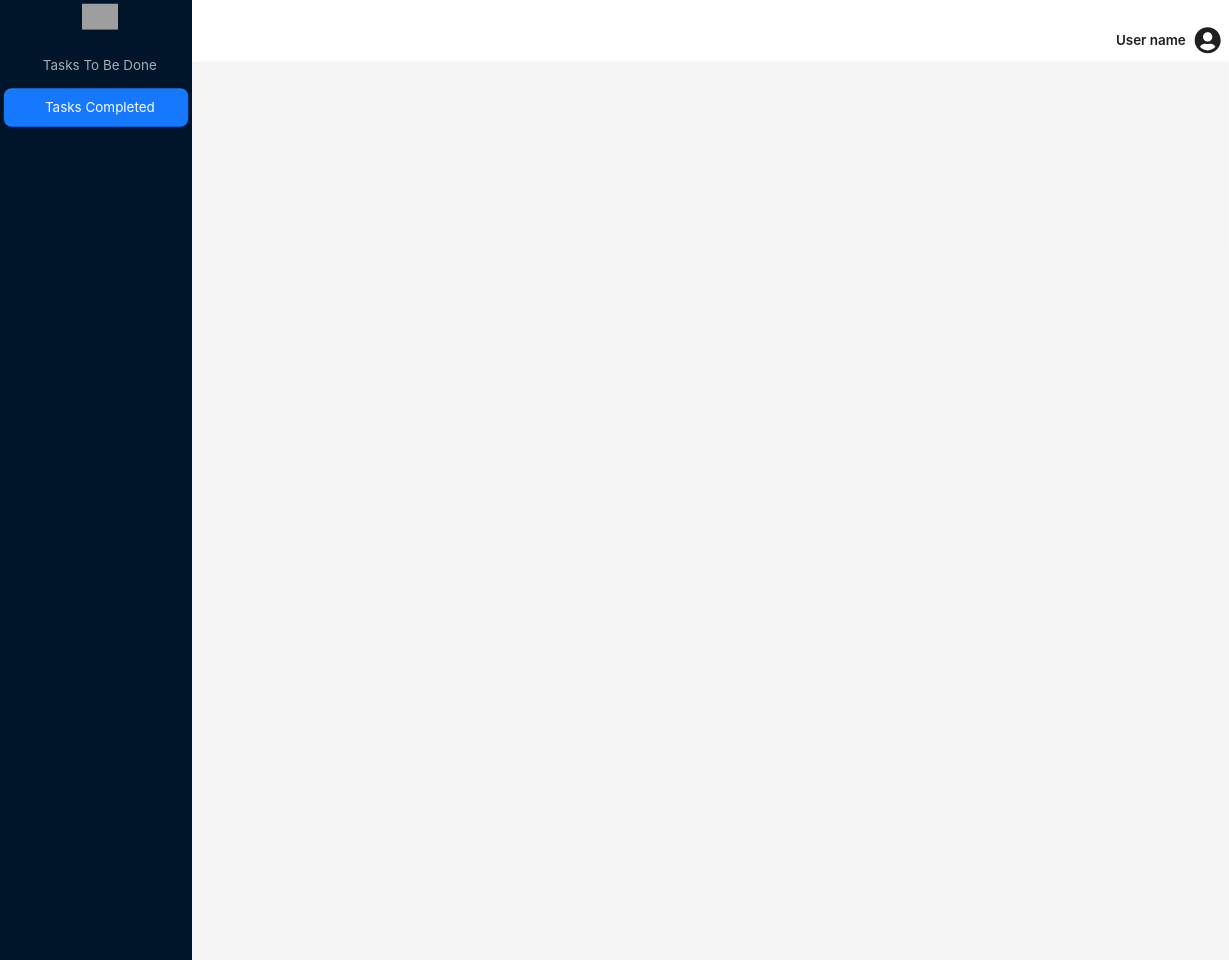
Repository: runner855/todolist_new
Page: /
The author's editor kept a copy of each file at every save. The page is drawn from the files as they stood at one save, then again after the next save.
The browser window is 1280 px wide. The pictures show the whole page, at 96% of full size.
Pictures or frames that could not be fetched are drawn as grey boxes. The project was rebuilt for these pictures with package versions that can differ from the ones it lists, and the page was loaded fresh each time.

Above is the page before, as saved 2023-03-19 17:43:01.

### src/index.tsx
import React from "react";
import ReactDOM from "react-dom/client";
import "./index.css";
import { App } from "./App";
import { BrowserRouter } from "react-router-dom";

const root = ReactDOM.createRoot(
  document.getElementById("root") as HTMLElement
);
root.render(
  <React.StrictMode>
    <BrowserRouter>
    <App />
    </BrowserRouter>
  </React.StrictMode>
);

### src/App.tsx
import React from 'react';
import './App.css';
import { NavBar } from './components/NavBar/NavBar';

export const App = () =>{
  return (
    <div className="App">
      <NavBar/>

    </div>
  );
}

### src/components/NavBar/NavBar.tsx
import React from 'react';

import { Layout, Menu, theme } from 'antd';
import { FaUserCircle } from 'react-icons/fa';
import { PagesArray } from '../../Utilities/Utility'
import "../NavBar/NavBar.css";

const { Header, Content, Footer, Sider } = Layout;

export const NavBar = () => {

  const {
    token: { colorBgContainer },
  } = theme.useToken();

  return (
      <Layout>
      <Sider
        breakpoint="lg"
        collapsedWidth="0"
        style={{height:1000}}
        onBreakpoint={(broken) => {
          console.log(broken);
        }}
        onCollapse={(collapsed, type) => {
          console.log(collapsed, type);
        }}
      >
        <div className="logo" />
        <Menu
          theme="dark"
          mode="inline"
          defaultSelectedKeys={['2']}
          items={PagesArray && PagesArray.map(
            (item, index) => ({
              key: index,

              label:  item.label ? item.label :
              <img  className="logo"src={item.image} alt="logo"/>
            }),
          )}


        />
      </Sider>
      <Layout>
        <Header style={{ padding: 0, background: colorBgContainer }}>
        <div className='avatar_container'>
          <ul className='user'>
            <li className='user_text'>User name</li>
            <li className='user_icon'><FaUserCircle/></li>

          </ul>
          </div>

        </Header>
      </Layout>
    </Layout>
   );
}

### src/Utilities/Utility.tsx
import { TASKS_TO_BE_DONE, TASKS_COMPLETED } from '../Constants/Dictionary';
import { AppUrls } from '../Types/appTypes';
import { LOGO } from '../Constants/Dictionary';
export const PagesArray = [
  {image:LOGO},
  {label: TASKS_TO_BE_DONE, to: AppUrls.TASKS_TO_BE_DONE},
  {label: TASKS_COMPLETED, to: AppUrls.TASKS_COMPLETED},

]

### src/components/NavBar/NavBar.css
#components-layout-demo-responsive .logo {
  height: 32px;
  margin: 16px;
  background: rgba(255, 255, 255, 0.2);
}

li {
  list-style-type: none;
}

.user {
  display: flex;
  flex-direction: row;
  justify-content: right;
}

.user_icon {
  font-size: 2em;
  margin-right: 0.1em;
  margin: 0em 0.3em 0em 0.3em;
}

.user_text {
  line-height: 4;
  font-weight: 600;
}

img {
  height: 2em;
}

### src/Constants/Dictionary.ts
export const TASKS_TO_BE_DONE = "Tasks To Be Done";
export const TASKS_COMPLETED = "Tasks Completed"
export const LOGO = "https://pbs.twimg.com/profile_images/964093705748729856/nzx2mHKW_400x400.jpg";

### src/Types/appTypes.tsx

export enum AppUrls {
  TASKS_TO_BE_DONE = `/tasks_to_be_done`,
  TASKS_COMPLETED = "/tasks_copleted",

}

export enum LanguageEnum {
  EN = "en",
}

Loaded but not shown: public/index.html (common file); src/index.css (common file); src/App.css (common file)

After the next save:
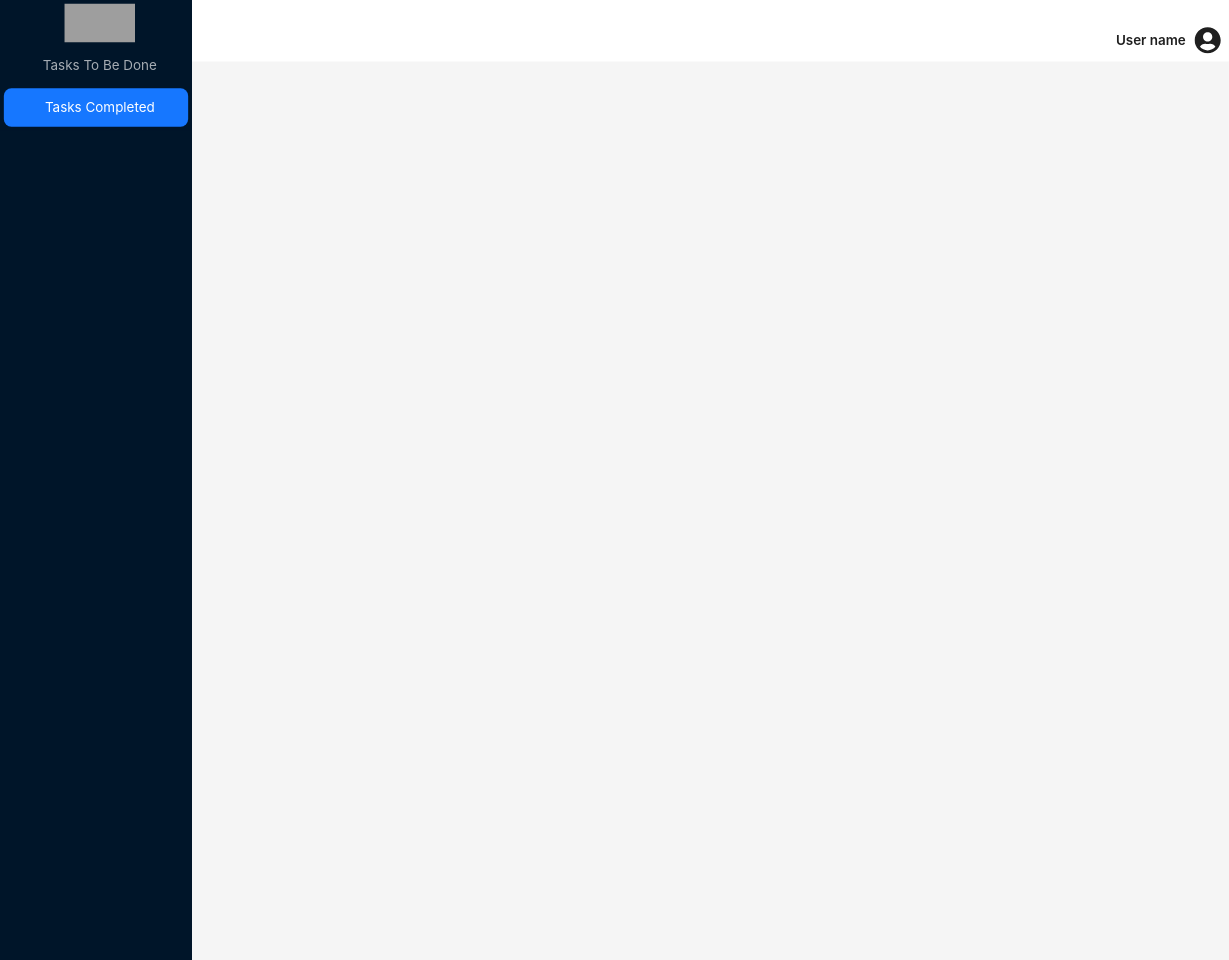
Saved 6 s later.
--- a/src/components/NavBar/NavBar.css
+++ b/src/components/NavBar/NavBar.css
@@ -26,5 +26,5 @@ li {
 }
 
 img {
-  height: 2em;
+  height: 4em;
 }
